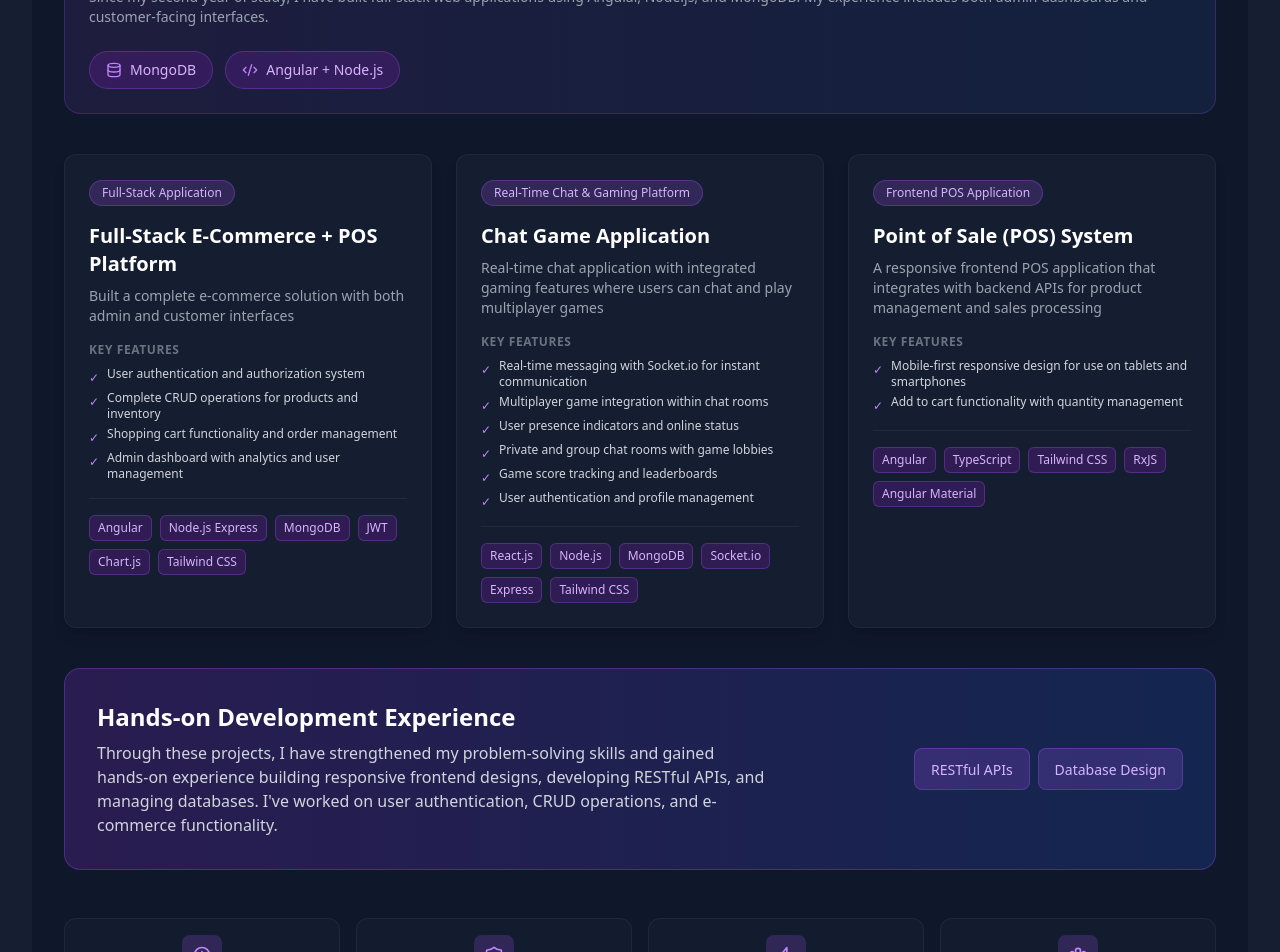
Repository: Kimrith/my-cv
Page: /
An editor plug-in stored every save of this project. The page is shown before and after the next save, followed by the edit.
The browser window is 1280 px wide. The pictures show the part of the page from y = 3256 to 4208 px (the page is 4356 px tall).
Some web libraries are served in a nearby version. The project was rebuilt for these pictures with package versions that can differ from the ones it lists, and the page was loaded fresh each time. Also part of the build but not shown: vite.config.js, src/Layout/footer.jsx.

Above is the page before, as saved 2026-03-09 22:25:07.

After the next save:
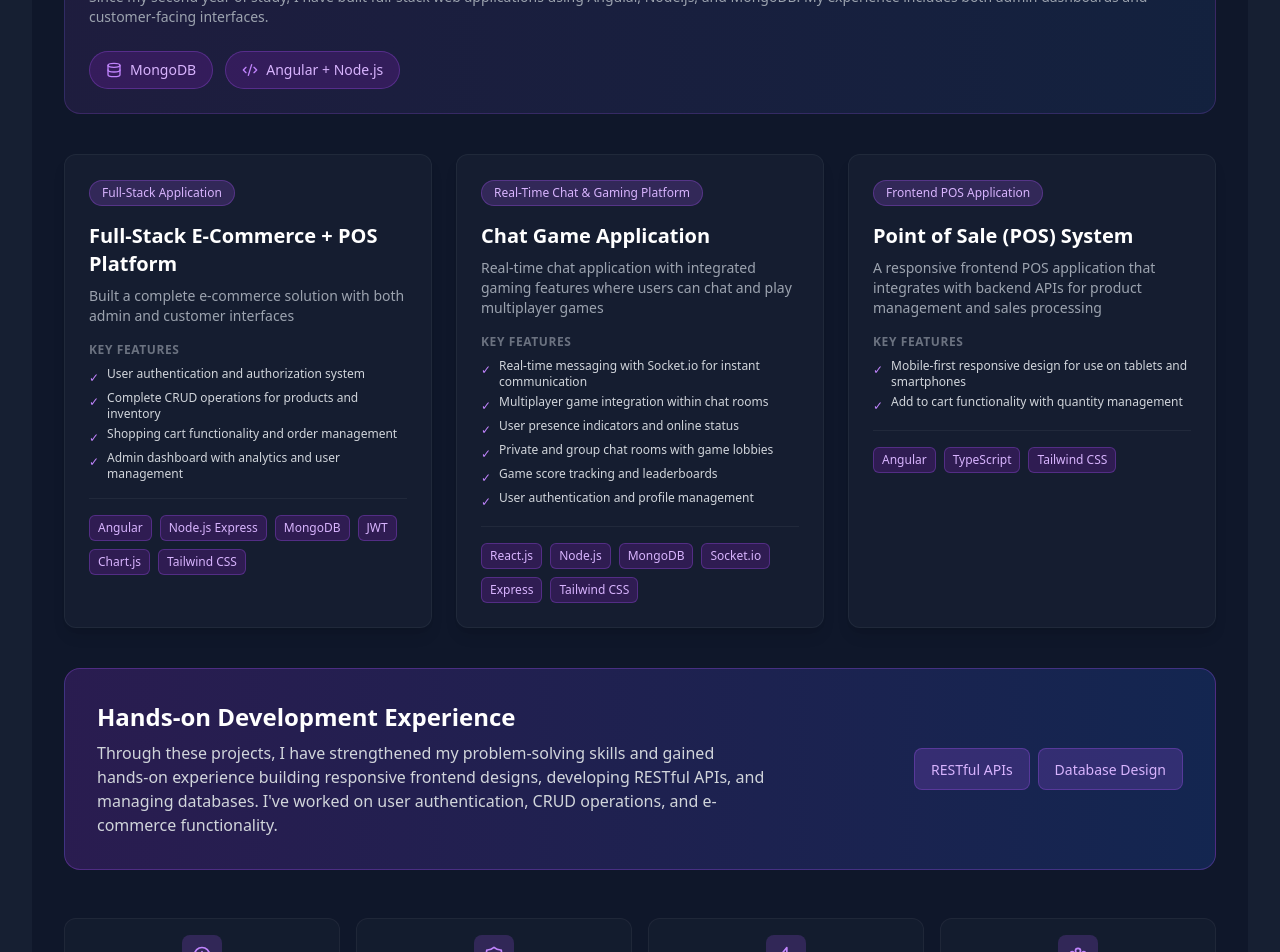
Saved 8 s later.
--- a/src/Navigation/exp.jsx
+++ b/src/Navigation/exp.jsx
@@ -86,13 +86,7 @@ export default function Experience() {
         "Mobile-first responsive design for use on tablets and smartphones",
         "Add to cart functionality with quantity management",
       ],
-      technologies: [
-        "Angular",
-        "TypeScript",
-        "Tailwind CSS",
-        "RxJS",
-        "Angular Material",
-      ],
+      technologies: ["Angular", "TypeScript", "Tailwind CSS"],
       type: "Frontend POS Application",
     },
   ];
